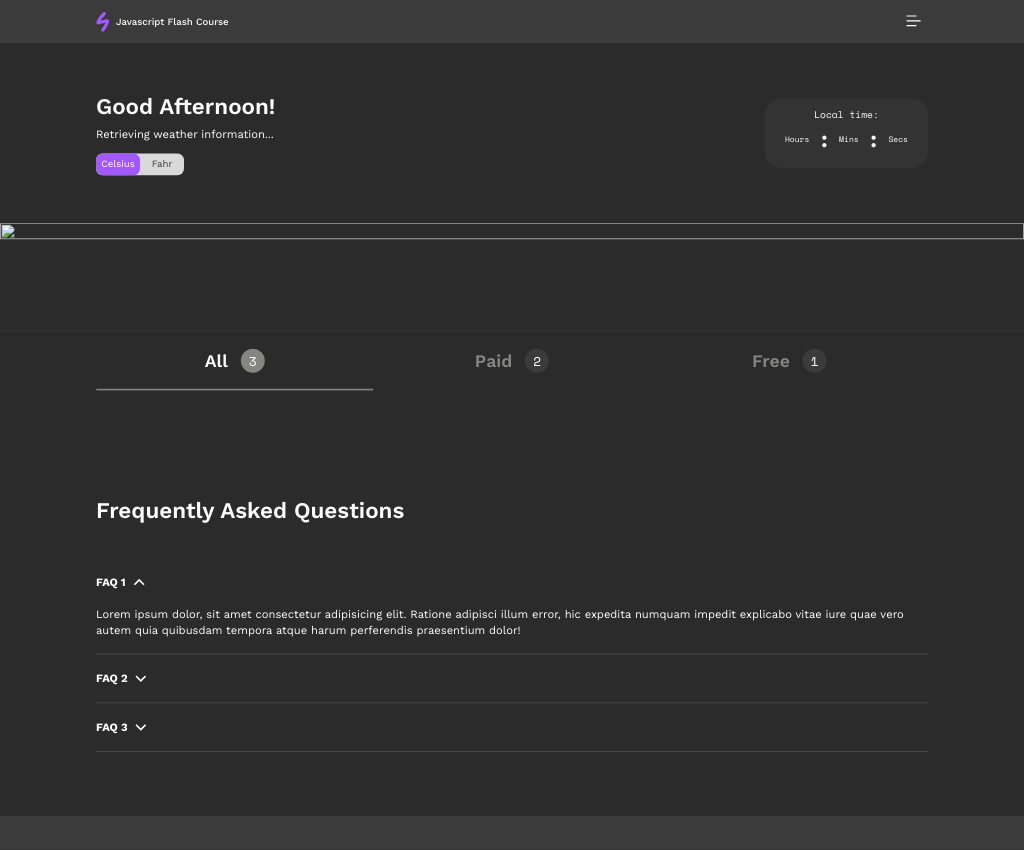
Repository: GettieSirma/JAVASCRIPT-TEST
Page: index.html
The author's editor kept a copy of each file at every save. The page is drawn from the files as they stood at one save, then again after the next save.
The browser window is 1280 px wide. The pictures show the whole page, at 80% of full size.

Above is the page before, as saved 2024-04-24 11:25:55.
Not found: gallery/assets/gallery/image1.jpg
Not found: main.js

After the next save:
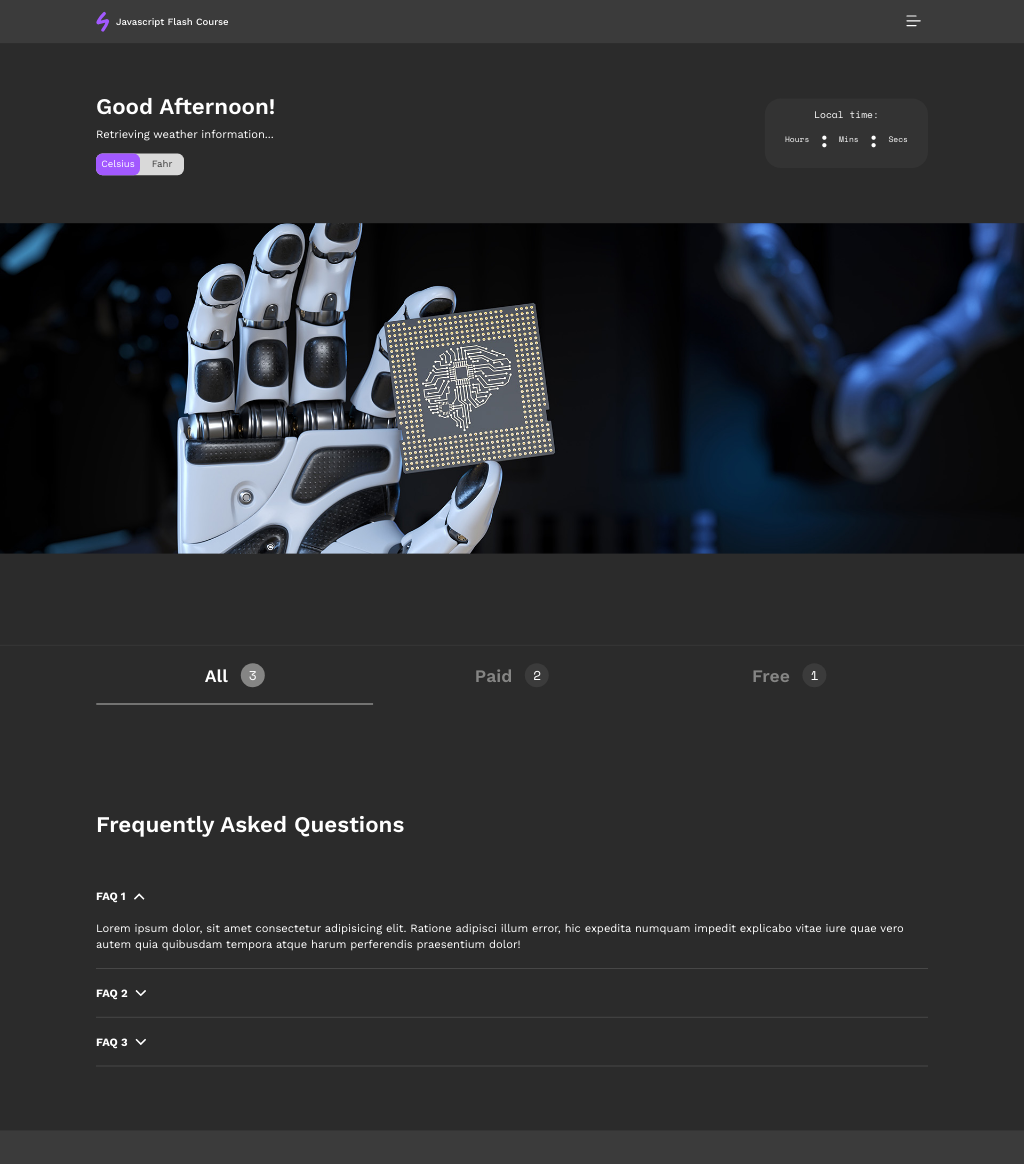
Saved 7 s later.
--- a/index.html
+++ b/index.html
@@ -145,7 +145,7 @@
         </section>
 
         <section id="gallery" class="gallery-section">
-            <img src="gallery/assets/gallery/image1.jpg " alt="" />
+            <img src="assets/gallery/image1.jpg " alt="" />
 
             <div class="thumbnails">
 
